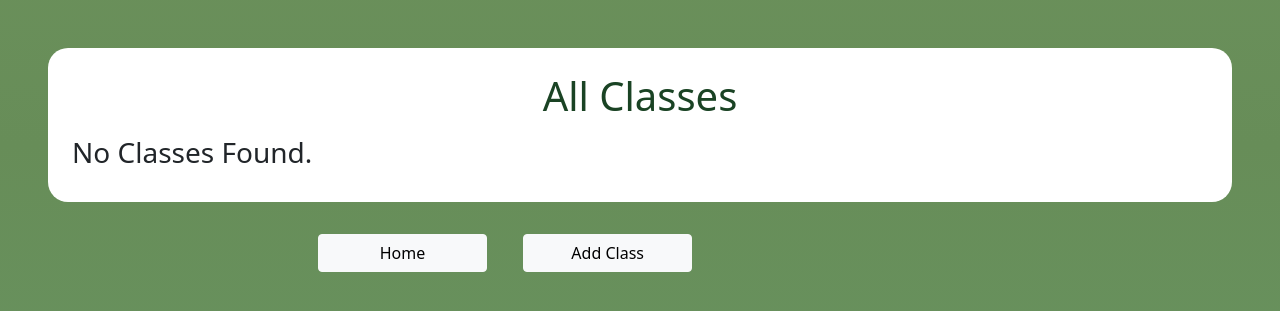
Repository: ronetteguevara/CalTech-ZumbaApp
Page: http://localhost/ZumbaApp/ViewClasses.jsp
These files come from the project's save history. The page is drawn as it stood at one moment and after the next save; the edit follows.
The browser window is 1280 px wide. The pictures show the whole page.
The page is served by Tomcat 10. Other server files are loaded and not shown. Queries for data that is not in the repository find no rows.

Above is the page before, as saved 2024-05-03 02:28:59.

### ZumbaApp/ZumbaApp/src/main/webapp/ViewClasses.jsp
<%@ page contentType="text/html;charset=UTF-8" language="java" %>
<%@ page import="java.util.ArrayList, com.zumbaapp.servlet.db.DB, com.zumbaapp.servlet.model.Classes" %>
<html>
<head>
    <title>All Classes</title>
<link rel="stylesheet" href="css/bootstrap.css"></link>
<link rel="stylesheet" href="style.css"></link>
</head>
<body class="gradient-background justify-content-center">

        <div class="my-4 d-flex justify-content-center col-xl-12 col-lg-12 col-md-12 col-sm-12 col-12">
        <div class="container-fluid mt-4 mx-5 px-4 py-4 justify-content-center" style="background-color: white; border-radius: 20px;">
        <h1 class="mb-3" style="text-align: center;">All Classes</h1>

        <%
            DB db = new DB();
            ArrayList<Classes> zumbaClasses = db.fetchAllClasses();
            db.closeConnection();

            if (zumbaClasses != null && zumbaClasses.size() > 0) {
                out.print("<table class='table table-hover'>");
                out.print("<thead>");
                out.print("<tr>");
                out.print("<th scope='col'>ID</th>");
                out.print("<th scope='col'>Name</th>");
                out.print("<th scope='col'>Session</th>");
                out.print("<th scope='col'>Date</th>");
                out.print("<th scope='col'>Start Time</th>");
                out.print("<th scope='col'>End Time</th>");
                out.print("<th scope='col'>Location</th>");
                out.print("<th scope='col'>Actions</th>");
                out.print("</tr>");
                out.print("</thead>");
                out.print("<tbody>");


                for (Classes classes : zumbaClasses) {
                    out.print("<tr>");
                    out.print("<td>" + classes.id + "</td>");
                    out.print("<td>" + classes.name + "</td>");
                    out.print("<td>" + classes.session + "</td>");
                    out.print("<td>" + classes.date + "</td>");
                    out.print("<td>" + classes.startTime + "</td>");
                    out.print("<td>" + classes.endTime + "</td>");
                    out.print("<td>" + classes.location + "</td>");
                    out.print("<td><a href='DeleteClasses?id=" + classes.id + "'>Delete</a> | <a href='EditClass.jsp?id=" + classes.id + "'>Edit</a></td>");
                    out.print("</tr>");
                }
                out.print("</tbody>");
                out.print("</table>");
            } else {
                out.print("<h3>No Classes Found.</h3>");
            }

            out.print("</div>");
            out.print("</div>");
        %>
        <div class="container-fluid center">
        <div class="center">
		<a class="w-25 btn btn-primary btn-light mt-2 mb-5 mx-3" href="Home.jsp">Home</a>
		<a class="w-25 btn btn-primary btn-light mt-2 mb-5 mx-3" href="add-class.html">Add Class</a>
		</div>
		</div>
</body>
</html>

### ZumbaApp/ZumbaApp/src/main/java/com/zumbaapp/servlet/db/DB.java
package com.zumbaapp.servlet.db;

import java.sql.Connection;
import java.sql.DriverManager;
import java.sql.PreparedStatement;
import java.sql.ResultSet;
import java.util.ArrayList;

import com.zumbaapp.servlet.model.Classes;
import com.zumbaapp.servlet.model.Participant;

public class DB {

		Connection connection;
		PreparedStatement preparedStatement;

		public DB() {
			try {
				Class.forName("com.mysql.cj.jdbc.Driver");
				System.out.println("[DB] Driver Loaded");

				connection = DriverManager.getConnection("jdbc:mysql://127.0.0.1:3306/zumba_management", "root", "201155876");
				System.out.println("[DB] Connection created");
			}
			catch(Exception e) {
				System.out.println("Something went wrong: " + e);
			}
		}

		public void closeConnection() {
			try {
				connection.close();
				System.out.println("[DB] Connection to DB closed");
			}
			catch(Exception e) {
				System.out.println("Something went wrong: " + e);
			}
		}

		public int addClasses(Classes classes) {
			int result = 0;

			try {
			String sql = "INSERT INTO Classes VALUES (null, ?, ?, ?, ?, ?, ?)";
			preparedStatement = connection.prepareStatement(sql);
			preparedStatement.setString(1, classes.name);
			preparedStatement.setString(2, classes.session);
			preparedStatement.setString(3, classes.date);
			preparedStatement.setString(4, classes.startTime);
			preparedStatement.setString(5, classes.endTime);
			preparedStatement.setString(6, classes.location);

			result = preparedStatement.executeUpdate();

			}
			catch(Exception e) {
				System.out.println("Something went wrong: " + e);
			}
			return result;
		}

		public int addParticipant(Participant participant) {
			int result = 0;

			try {
			String sql = "INSERT INTO Participant VALUES (null, ?, ?, ?, ?, ?)";
			preparedStatement = connection.prepareStatement(sql);
			preparedStatement.setString(1, participant.firstName);
			preparedStatement.setString(2, participant.lastName);
			preparedStatement.setString(3, participant.email);
			preparedStatement.setString(4, participant.phone);
			preparedStatement.setString(5, participant.zumbaClass);

			result = preparedStatement.executeUpdate();

			}
			catch(Exception e) {
				System.out.println("Something went wrong: " + e);
			}
			return result;
		}

		public ArrayList<Classes> fetchAllClasses() {
			ArrayList<Classes> zumbaClasses = new ArrayList<>();
			try {
				String sql = "SELECT * FROM Classes";
				preparedStatement = connection.prepareStatement(sql);

				ResultSet set = preparedStatement.executeQuery();

				while(set.next()) {
					Classes classes = new Classes();
					classes.id = set.getInt(1);
					classes.name = set.getString(2);
					classes.session = set.getString(3);
					classes.date = set.getString(4);
					classes.startTime = set.getString(5);
					classes.endTime = set.getString(6);
					classes.location = set.getString(7);

					zumbaClasses.add(classes);

				}
			}
			catch(Exception e) {
				System.out.println("Something went wrong: " + e);

			}
			return zumbaClasses;
		}

		public ArrayList<Participant> fetchAllParticipants() {
			ArrayList<Participant> zumbaParticipants = new ArrayList<>();
			try {
				String sql = "SELECT * FROM Participant";
				preparedStatement = connection.prepareStatement(sql);

				ResultSet set = preparedStatement.executeQuery();

				while(set.next()) {
					Participant participant = new Participant();
					participant.id = set.getInt(1);
					participant.firstName = set.getString(2);
					participant.lastName = set.getString(3);
					participant.email = set.getString(4);
					participant.phone = set.getString(5);
					participant.zumbaClass = set.getString(6);

					zumbaParticipants.add(participant);
				}
			}
			catch(Exception e) {
				System.out.println("Something went wrong: " + e);

			}
			return zumbaParticipants;
		}

		public int deleteClasses(int id) {
			int result = 0;
			try {
				String sql = "DELETE FROM Classes WHERE id=?";
				preparedStatement = connection.prepareStatement(sql);
				preparedStatement.setInt(1, id);

				preparedStatement.executeUpdate();

				result = preparedStatement.executeUpdate();

			}
			catch(Exception e) {
				System.out.println("Something went wrong: " + e);
			}
			return result;
	}

		public int deleteParticipant(int id) {
			int result = 0;
			try {
				String sql = "DELETE FROM Participant WHERE id=?";
				preparedStatement = connection.prepareStatement(sql);
				preparedStatement.setInt(1, id);

				preparedStatement.executeUpdate();

				result = preparedStatement.executeUpdate();

			}
			catch(Exception e) {
				System.out.println("Something went wrong: " + e);
			}
			return result;
	}

		public Classes fetchClass(int id) {

			Classes classes = new Classes();

			try {
				String sql = "SELECT * FROM Classes WHERE id=?";
				preparedStatement = connection.prepareStatement(sql);
				preparedStatement.setInt(1, id);

				ResultSet set = preparedStatement.executeQuery();

				while(set.next()) {
					classes.id = set.getInt(1);
					classes.name = set.getString(2);
					classes.session = set.getString(3);
					classes.date = set.getString(4);
					classes.startTime = set.getString(5);
					classes.endTime = set.getString(6);
					classes.location = set.getString(7);
				}
			}
			catch(Exception e) {
				System.out.println("Something went wrong: " + e);

			}
			return classes;
		}

		public Participant fetchParticipant(int id) {
			Participant participant = new Participant();
			try {
				String sql = "SELECT * FROM Participant WHERE id=?";
				preparedStatement = connection.prepareStatement(sql);
				preparedStatement.setInt(1, id);

				ResultSet set = preparedStatement.executeQuery();

				while(set.next()) {
					participant.id = set.getInt(1);
					participant.firstName = set.getString(2);
					participant.lastName = set.getString(3);
					participant.email = set.getString(4);
					participant.phone = set.getString(5);
					participant.zumbaClass = set.getString(6);
				}
			}
			catch(Exception e) {
				System.out.println("Something went wrong: " + e);

			}
			return participant;
		}

		public int saveClasses (Classes classes) {
			int result = 0;

			try {
				String sql = "UPDATE Classes SET name = ?, session = ?, date = ?, startTime = ?, endTime = ?, location = ? WHERE id=?";
				preparedStatement = connection.prepareStatement(sql);
				preparedStatement.setString(1, classes.name);
				preparedStatement.setString(2, classes.session);
				preparedStatement.setString(3, classes.date);
				preparedStatement.setString(4, classes.startTime);
				preparedStatement.setString(5, classes.endTime);
				preparedStatement.setString(6, classes.location);
				preparedStatement.setInt(7, classes.id);

				result = preparedStatement.executeUpdate();

			}
			catch(Exception e) {
				System.out.println("Something went wrong: " + e);
			}

			return result;
		}

		public int saveParticipant (Participant participant) {
			int result = 0;

			try {
				String sql = "UPDATE Participant SET firstName = ?, lastName = ?, email = ?, phone = ?, zumbaClass = ? WHERE id=?";
				preparedStatement = connection.prepareStatement(sql);
				preparedStatement.setString(1, participant.firstName);
				preparedStatement.setString(2, participant.lastName);
				preparedStatement.setString(3, participant.email);
				preparedStatement.setString(4, participant.phone);
				preparedStatement.setString(5, participant.zumbaClass);
				preparedStatement.setInt(6, participant.id);

				result = preparedStatement.executeUpdate();

			}
			catch(Exception e) {
				System.out.println("Something went wrong: " + e);
			}

			return result;
		}

}

### ZumbaApp/ZumbaApp/src/main/webapp/style.css
@charset "UTF-8";

.button {
  background-color: #458933;
  border: none;
}

.button:hover {
  background-color: #82c360;
}

a {
  color: #458933;
}

a:hover {
 color: #82c360;
}

a:visited {
  color: #1a4324;
}

h1 {
	color: #1a4324;
}

.center {
  max-width: 700px;
  margin-left: auto;
  margin-right: auto;
}

footer {
	background-color: white;
}

.gradient-background {
  background: linear-gradient(0deg, #74d3ae, #678d58, #a6c48a);
  background-size: 1000% 1000%;

  -webkit-animation: AnimationName 8s ease infinite;
  -moz-animation: AnimationName 8s ease infinite;
  animation: AnimationName 8s ease infinite;
}

@-webkit-keyframes AnimationName {
  0%{background-position:0% 35%}
  50%{background-position:100% 66%}
  100%{background-position:0% 35%}
}
@-moz-keyframes AnimationName {
  0%{background-position:0% 35%}
  50%{background-position:100% 66%}
  100%{background-position:0% 35%}
}
@keyframes AnimationName {
  0%{background-position:0% 35%}
  50%{background-position:100% 66%}
  100%{background-position:0% 35%}

}

Loaded but not shown: ZumbaApp/ZumbaApp/src/main/webapp/css/bootstrap.css (library)

After the next save:
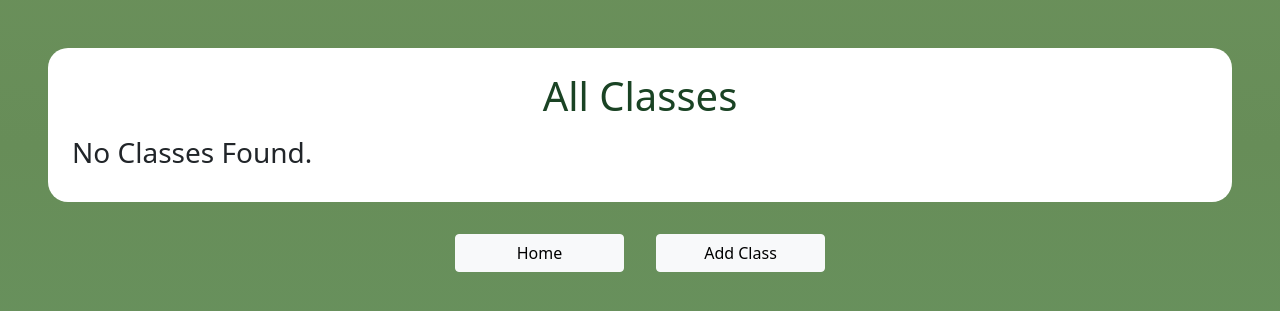
Saved 75 s later.
--- a/ZumbaApp/ZumbaApp/src/main/webapp/ViewClasses.jsp
+++ b/ZumbaApp/ZumbaApp/src/main/webapp/ViewClasses.jsp
@@ -55,11 +55,9 @@
             out.print("</div>");
             out.print("</div>");
         %>
-        <div class="container-fluid center">
-        <div class="center">
+        <div class="container-fluid center d-flex justify-content-center col-xl-12 col-lg-12 col-md-12 col-sm-12 col-12"">
 		<a class="w-25 btn btn-primary btn-light mt-2 mb-5 mx-3" href="Home.jsp">Home</a>
 		<a class="w-25 btn btn-primary btn-light mt-2 mb-5 mx-3" href="add-class.html">Add Class</a>
 		</div>
-		</div>
 </body>
 </html>
